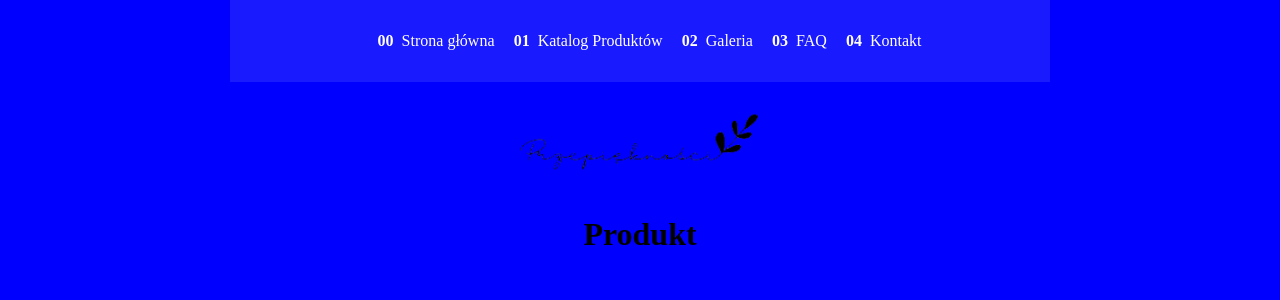
Repository: kowalkos/Rak_projekt
Page: /produkty
The author's editor kept a copy of each file at every save. The page is drawn from the files as they stood at one save, then again after the next save.
The browser window is 1280 px wide. The pictures show the whole page.
The project was rebuilt for these pictures with package versions that can differ from the ones it lists, and the page was loaded fresh each time. Also part of the build but not shown: src/components/galeria/Galeria.js, src/components/main/Main.js, src/components/FAQ/Faq.js, src/components/about/About.js.

Above is the page before, as saved 2022-01-04 08:53:31.

After the next save:
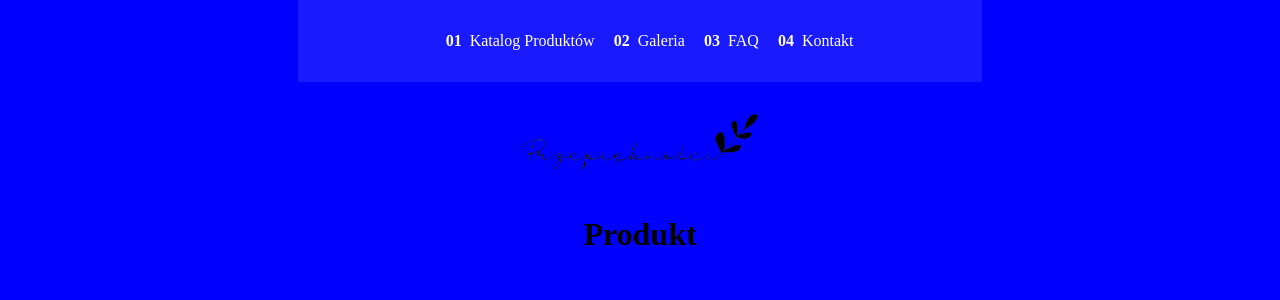
Saved 3 h 9 min later.
--- a/src/components/navbar/NavBar.js
+++ b/src/components/navbar/NavBar.js
@@ -31,12 +31,12 @@ function NavBar(props) {
         </button>
         <nav className='wrapper'>
             <ul id='primary-navigation' aria-expanded="false" data-visible="false" className='primary-navigation flex'>
-                <li>
+                {/* <li>
                     <Link to='/' >
                         <span aria-hidden="true">00</span>
                         Strona główna
                     </Link>
-                </li>
+                </li> */}
                 <li>
                     <Link to='/produkty' >
                         <span aria-hidden="true">01</span>
